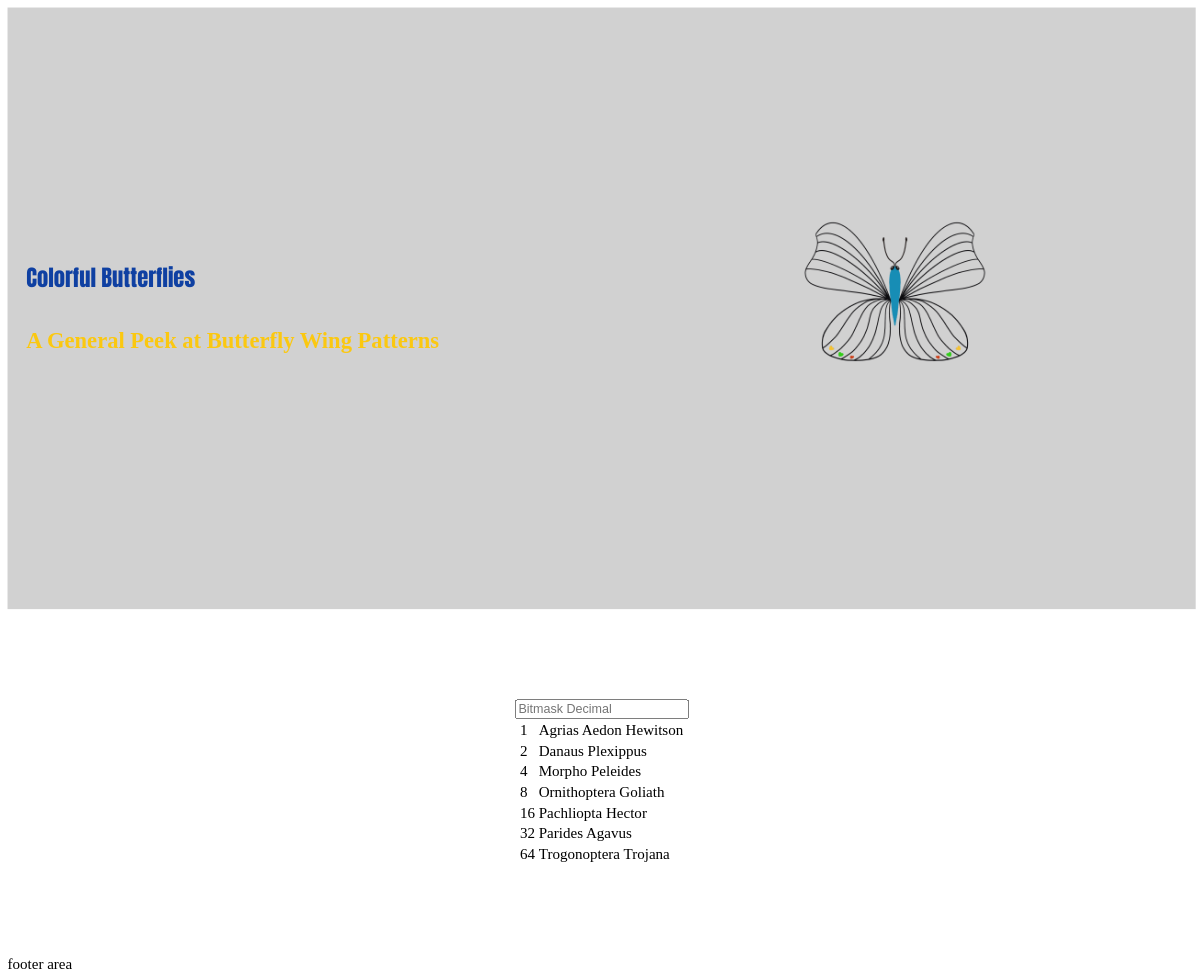
Repository: MeowCeline00/assessment-2
Page: /
An editor plug-in stored every save of this project. The page is shown before and after the next save, followed by the edit.
The browser window is 1280 px wide. The pictures show the whole page, at 94% of full size.
The project was rebuilt for these pictures with package versions that can differ from the ones it lists, and the page was loaded fresh each time. The framework's server and built-in components were replaced by stand-ins that run in the browser. Also part of the build but not shown: next.config.mjs.

Above is the page before, as saved 2024-02-07 21:59:23.

After the next save:
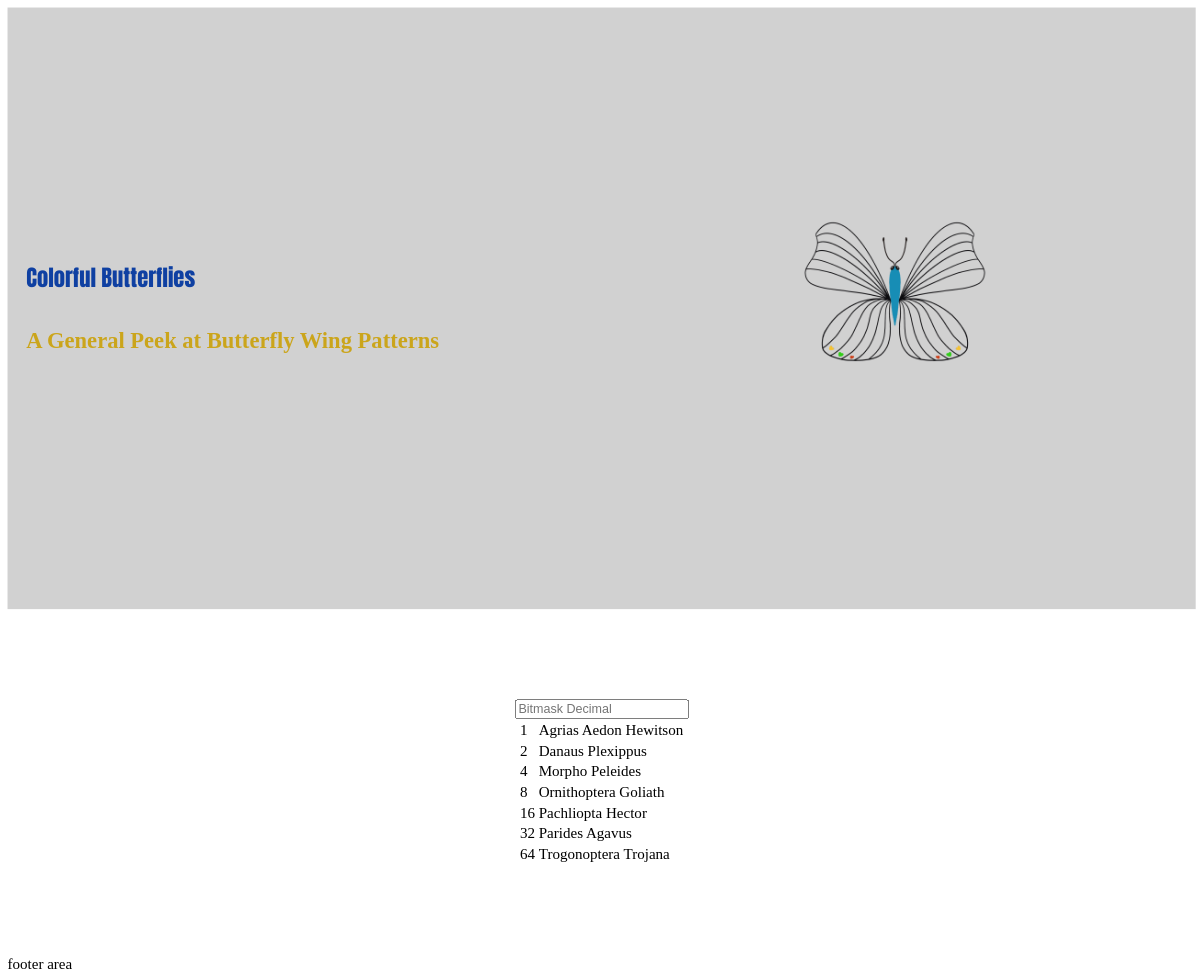
Saved 18 s later.
--- a/Components/Header/Header.module.css
+++ b/Components/Header/Header.module.css
@@ -18,7 +18,7 @@
 }
 
 .titleArea h2 {
-    color: rgb(251, 200, 16);
+    color: rgb(203, 165, 27);
 }
 
 .logoArea {
